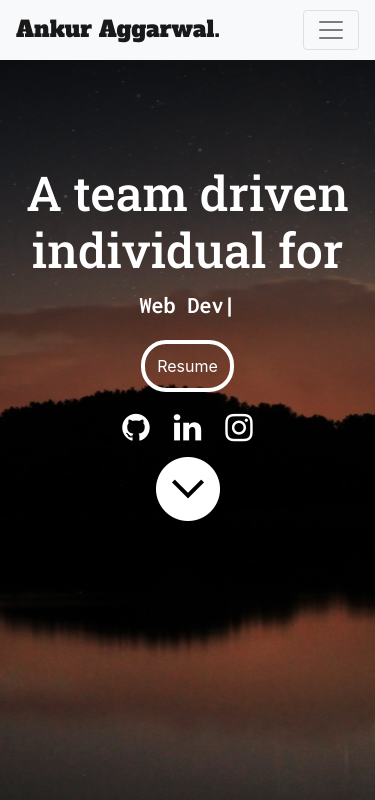
Repository: AnkurDevv/PersonalWebsite
Page: index.html
The author's editor kept a copy of each file at every save. The page is drawn from the files as they stood at one save, then again after the next save.
The browser window is 375 px wide. The pictures show the whole page.
Some web fonts or font styles are not loaded; a fallback is used.

Above is the page before, as saved 2020-09-13 16:42:22.

### index.html
<!DOCTYPE html>
<html>

<head>
  <meta charset="utf-8">
  <meta http-equiv="X-UA-Compatible" content="IE=edge">
  <title>Ankur Aggarwal</title>
  <meta name="description" content="">
  <meta name="viewport" content="width=device-width, initial-scale=1">
  <!-- FONT AWESOME FOR SOCIAL MEDIA ICONS -->
  <link rel="stylesheet" href="https://cdnjs.cloudflare.com/ajax/libs/font-awesome/4.7.0/css/font-awesome.min.css">
  <!-- Importing Bootstrap here -->
  <link rel="stylesheet" href="https://stackpath.bootstrapcdn.com/bootstrap/4.4.1/css/bootstrap.min.css"
    integrity="sha384-Vkoo8x4CGsO3+Hhxv8T/Q5PaXtkKtu6ug5TOeNV6gBiFeWPGFN9MuhOf23Q9Ifjh" crossorigin="anonymous">
  <!--CUSTOM CSS FOR THE PAGE  -->
  <link rel="stylesheet" href="./style/index.css">
  <!-- FOR COOL ANIMATION EFFECTS -->
  <link rel="stylesheet" href="./style/animate.css">
  <!-- FOR COOL TYPING EFFECTS -->
  <script src="https://cdn.jsdelivr.net/npm/typed.js@2.0.11"></script>
  <!-- FOR GOOGLE FONTS - START -->
  <!-- for main heading -->
  <link
    href="https://fonts.googleapis.com/css2?family=Merienda:wght@700&family=Pacifico&family=Roboto&family=Roboto+Slab:wght@500&display=swap"
    rel="stylesheet">
  <!-- For Sub heading -->
  <link
    href="https://fonts.googleapis.com/css2?family=Inconsolata:wght@700&family=Merienda:wght@700&family=Pacifico&family=Roboto&family=Roboto+Slab:wght@500&display=swap"
    rel="stylesheet">
  <!-- For Navbar Logo -->
  <link href="https://fonts.googleapis.com/css2?family=Alfa+Slab+One&display=swap" rel="stylesheet">
  <!-- FOR GOOGLE FONTS - END -->
</head>

<body>
  <header>
    <nav class="navbar navbar-expand-lg navbar-light bg-light">
      <a class="navbar-brand" id="Brand-logo">Ankur Aggarwal.</a>
      <button class="navbar-toggler" type="button" data-toggle="collapse" data-target="#navbarNav"
        aria-controls="navbarNav" aria-expanded="false" aria-label="Toggle navigation">
        <span class="navbar-toggler-icon"></span>
      </button>
      <div class="collapse navbar-collapse" id="navbarNav">
        <ul class="navbar-nav">
          <li class="nav-item active">
            <a class="nav-link" href="#">Home</a>
          </li>
          <li class="nav-item active">
            <a class="nav-link" href="#">About</a>
          </li>
          <!-- <li class="nav-item active">
            <a class="nav-link" href="#">Why Me?</a>
          </li> -->
          <li class="nav-item active">
            <a class="nav-link" href="#">Skills</a>
          </li>
          <li class="nav-item active">
            <a class="nav-link" href="#">Projects</a>
          </li>
          <li class="nav-item active">
            <a class="nav-link" href="#">Contact</a>
          </li>
        </ul>
      </div>
    </nav>


    <!-- FIRST IMPRESSION SECTION - START -->
    <section class="first-impression-section">
      <div class="row first-impression-row">
        <h1 class="text-center animated fadeInDown" id="MainNameHeading">A team driven individual for
        </h1>
      </div>
      <div class="row">
        <h3 id="MainSubHeading">
          <span id="typed" style="white-space:pre;"></span>
          <!-- <span class="typed-cursor typed-cursor--blink">|</span> -->
        </h3>
      </div>

      <!-- RESUME BUTTON - START -->
      <div class="row" id="ResumeDiv">
        <a type="button" href="https://drive.google.com/file/d/129eEq26ATzqey1-hpHnRXs40bzbBVkSX/view?usp=sharing"
          target="blank" class="btn btn-primary" id="ResumeBtn">Resume</a>
      </div>
      <!-- RESUME BUTTON - END -->

      <!-- SOCIAL LINKS -->
      <div class="socialLinksDiv">
        <!-- github link -->
        <a href="https://github.com/AnkurDevv" target="blank" class="social-link"><i
            class="fa fa-github fa-2x text-white"></i></a>
        <!-- linkedin link -->
        <a href="https://www.linkedin.com/in/ankur-aggarwal2112/" target="blank" class="social-link"><i
            class="fa fa-linkedin fa-2x text-white"></i></a>
        <!-- instagram link -->
        <a href="https://www.instagram.com/ankur_2112/?hl=en" target="blank" class="social-link"><i
            class="fa fa-instagram fa-2x text-white"></i></a>
      </div>

      <!-- SCROLL DOWN INDICATOR -->
      <div class="scrollDownDiv">
        <a href="">
          <img src="images/downward Arrow.png" alt="" id="scroll-down-arrow">
        </a>
      </div>
    </section>
    <!-- FIRST IMPRESSION SECTION - END -->


  </header>

  <script>
    // JS FOR COOL TYPING EFFECT USING TYPE.JS -  START
    var options = {
      strings: ['Web Development.', 'Software Engineering.', 'Product Development.'],
      typeSpeed: 100,
      loop: true,
      backDelay: 800,
      backSpeed: 80,
      startDelay: 1000,
    };
    var typed = new Typed('#typed', options);
// JS FOR COOL TYPING EFFECT USING TYPE.JS -  END
  </script>

  <!-- NECESSARY JS FOR BOOTSTRAP - START -->
  <script src="https://code.jquery.com/jquery-3.4.1.slim.min.js"
    integrity="sha384-J6qa4849blE2+poT4WnyKhv5vZF5SrPo0iEjwBvKU7imGFAV0wwj1yYfoRSJoZ+n"
    crossorigin="anonymous"></script>
  <script src="https://cdn.jsdelivr.net/npm/popper.js@1.16.0/dist/umd/popper.min.js"
    integrity="sha384-Q6E9RHvbIyZFJoft+2mJbHaEWldlvI9IOYy5n3zV9zzTtmI3UksdQRVvoxMfooAo"
    crossorigin="anonymous"></script>
  <script src="https://stackpath.bootstrapcdn.com/bootstrap/4.4.1/js/bootstrap.min.js"
    integrity="sha384-wfSDF2E50Y2D1uUdj0O3uMBJnjuUD4Ih7YwaYd1iqfktj0Uod8GCExl3Og8ifwB6"
    crossorigin="anonymous"></script>
  <!-- NECESSARY JS FOR BOOTSTRAP - END -->

  <!-- ADDING JQUERY - START -->
  <script src="https://ajax.googleapis.com/ajax/libs/jquery/3.5.1/jquery.min.js"></script>
  <!-- ADDING JQUERY - END -->

  <!-- CUSTOM JS FOR THE PAGE - START  -->
  <script src="index.js"></script>
  <!-- CUSTOM JS FOR THE PAGE - END  -->
</body>

</html>

### style/index.css
body{
  margin-left: 0;
  margin-right: 0;
}

/* NAVBAR CSS - START */

#Brand-logo{
  font-family: 'Alfa Slab One', cursive;
  font-size: 270%;
}

.navbar-nav{
  margin-left: auto;
}

.nav-link{
  font-size: 155%;
  font-weight: 700;
  padding: 2vw!important;
}

@media only screen and (max-width: 992px) {
  .nav-link{
    text-align: center;
  }
}

@media only screen and (max-width: 600px) {

  #Brand-logo{
    font-size: 140%;
  }

  .navbar-nav{
    height: 100vh;
  }

  .nav-link{
    margin: 5vh auto;
  }

}

/* NAVBAR CSS - END */

/* FIRST IMPRESSION SECTION CSS - START */
header{
  height: 100vh; /* Takes 100% of the screen size */
  background: linear-gradient(rgba(0, 0, 0, 0.9), rgba(0, 0, 0, 0)), url(../images/sunset_skyline_lake_reflection_114025_1920x1080.jpg)no-repeat center center fixed;
  background-position: center;
  overflow: hidden;
  backdrop-filter: blur(10px);
}

#MainNameHeading{
  margin: 0 auto;
  margin-top: 20vh;
  font-size: 395%;
  color: white;
  font-family: 'Roboto Slab', serif;
  padding-bottom: 3%;
}

#MainSubHeading{
  margin: 0 auto;
  color: white;
  text-align: -webkit-center;
  font-family: 'Inconsolata', monospace;
  font-size: xx-large;
}

#ResumeBtn{
  -webkit-appearance: button;
  -moz-appearance: button;
  appearance: button;
  margin: 5% auto;
  margin-bottom: 2%;
  padding: 10px 3%;
  background-color: transparent;
  border: 4px solid white;
  border-radius: 25px;
}

#ResumeBtn:hover{
  background-color: white;
  color: black;
  font-weight: 700;
  font-size: 130%;
}

.socialLinksDiv{
  display: flex;
  justify-content: center;
}

.social-link{
  margin: 12px;
}

.scrollDownDiv{
  display: flex;
  justify-content: center;
}

#scroll-down-arrow{
  max-width: 8vh;
}

@media only screen and (max-width: 600px) {
  #MainNameHeading{
    font-size: 300%;
    margin-top: 13vh;
  }
  #MainSubHeading{
    font-size: x-large;
  }
}
/* FIRST IMPRESSION SECTION CSS - ENDS */

### index.js
// CHANGING NAVBAR COLOR WHEN A USER HOVERS OVER A LINK
$(document).ready(function () {

  // makes nav transparent when user hovers on a link
  $(".nav-link").hover(function () {
    $('.navbar').addClass('bg-dark').removeClass('bg-light');
    $('#Brand-logo').css("color", "white");
    $('.nav-link').css("color", "white");
    $('.navbar-toggler').css("color", "white");
  });

  // makes nav non-transparent when user hovers on a link
  $(".navbar").mouseleave(function () {
    $('.navbar').addClass('bg-light').removeClass('bg-dark');
    $('#Brand-logo').css("color", "black");
    $('.nav-link').css("color", "black");
    $('.navbar-toggler').css("color", "black");
  });

});

Loaded but not shown: style/animate.css (library)

After the next save:
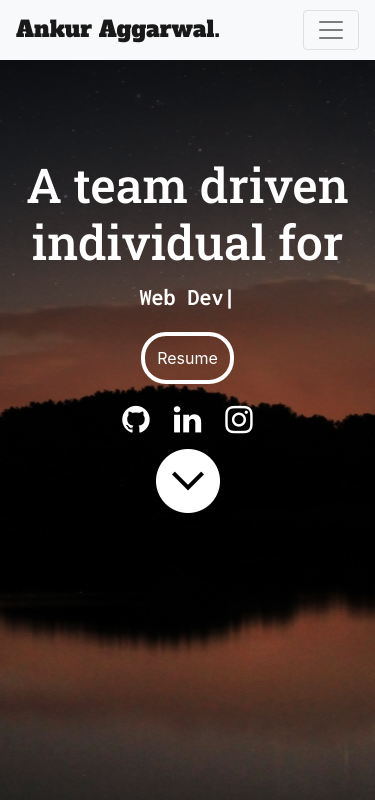
Saved 73 s later.
--- a/style/index.css
+++ b/style/index.css
@@ -55,7 +55,7 @@ header{
 
 #MainNameHeading{
   margin: 0 auto;
-  margin-top: 20vh;
+  margin-top: 12vh;
   font-size: 395%;
   color: white;
   font-family: 'Roboto Slab', serif;
@@ -110,7 +110,7 @@ header{
 @media only screen and (max-width: 600px) {
   #MainNameHeading{
     font-size: 300%;
-    margin-top: 13vh;
+    margin-top: 12vh;
   }
   #MainSubHeading{
     font-size: x-large;
